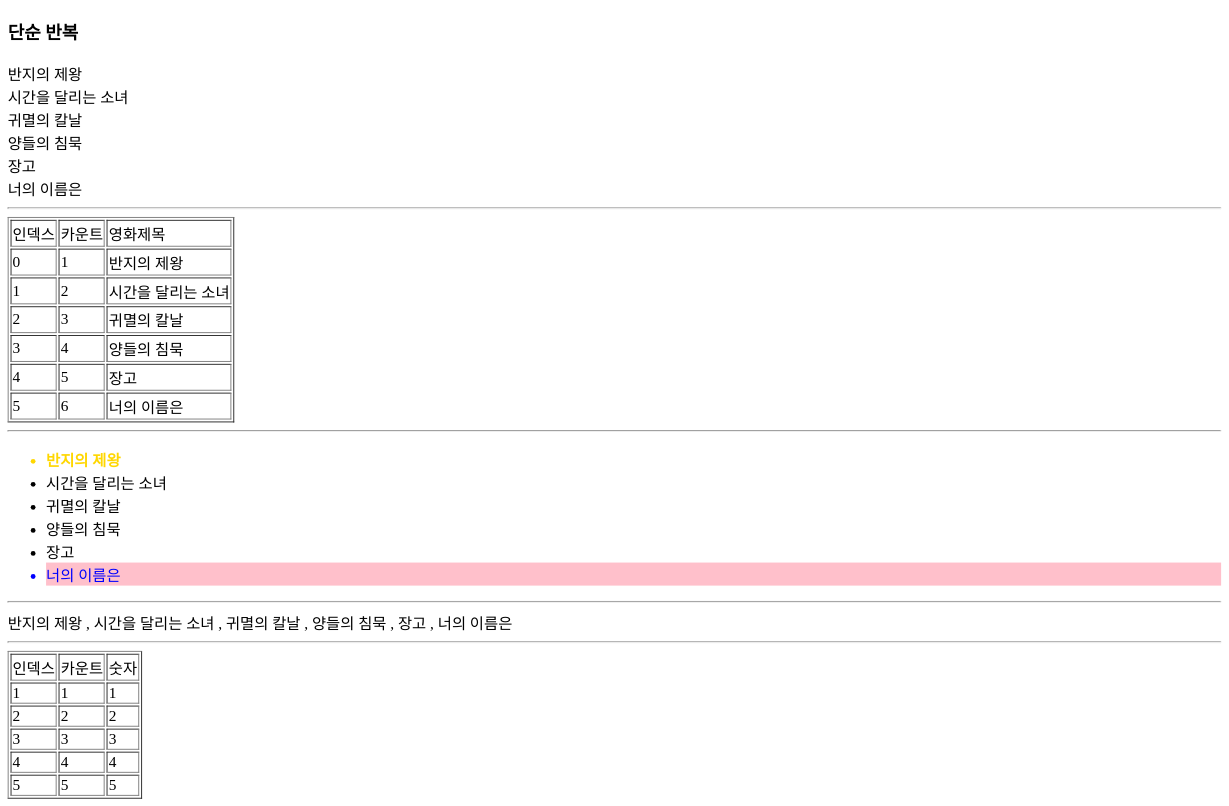
Repository: YooMyeongSeon/JSP_Servlet_Study
Page: http://localhost/web07/Ex_12.jsp
These files come from the project's save history. The page is drawn as it stood at one moment and after the next save; the edit follows.
The browser window is 1280 px wide. The pictures show the whole page, at 96% of full size.
The page is served by Tomcat 9.

Above is the page before, as saved 2022-06-10 06:02:37.

After the next save:
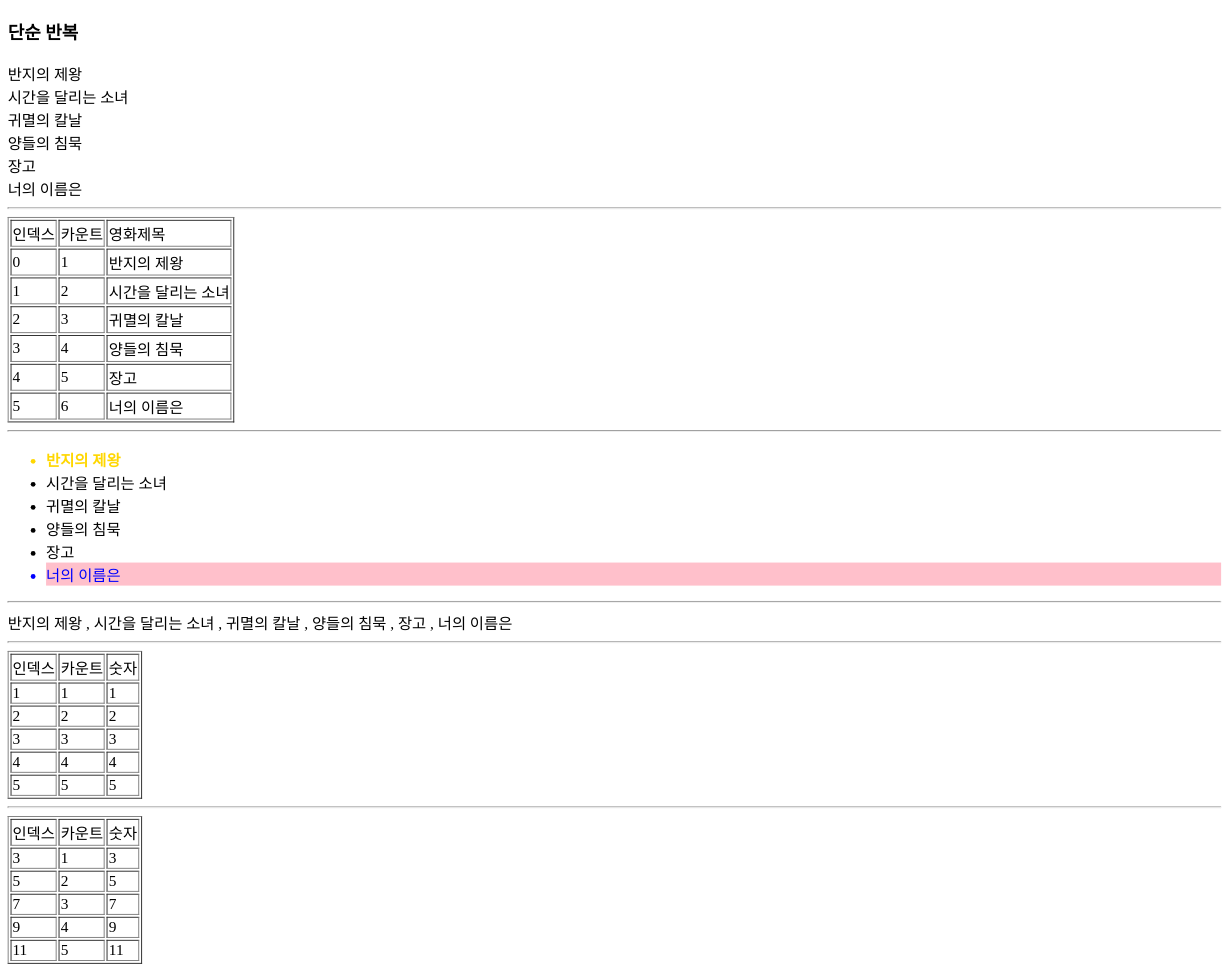
Saved 95 s later.
--- a/web07/WebContent/Ex_12.jsp
+++ b/web07/WebContent/Ex_12.jsp
@@ -66,5 +66,20 @@
 			</tr>
 		</c:forEach>
 	</table>
+	<hr>
+	<table border="1">
+		<tr>
+			<td>인덱스</td>
+			<td>카운트</td>
+			<td>숫자</td>
+		</tr>
+		<c:forEach var="num" begin="3" end="11" step="2" varStatus="vs">
+			<tr>
+				<td>${vs.index}</td>
+				<td>${vs.count}</td>
+				<td>${num}</td>
+			</tr>
+		</c:forEach>
+	</table>
 </body>
 </html>
